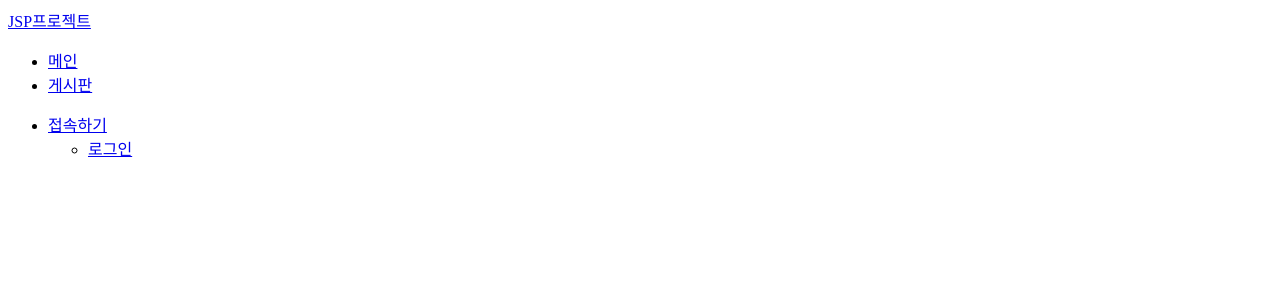
Repository: KimJeongSeok98/ComputerDepartmentPage-JSP
Page: http://localhost/JSP/join.jsp
The author's editor kept a copy of each file at every save. The page is drawn from the files as they stood at one save, then again after the next save.
The browser window is 1280 px wide. The pictures show the whole page.
The page is served by Tomcat 9. Other server files are loaded and not shown.

Above is the page before, as saved 2022-06-02 13:22:41.

### JSP/src/main/webapp/join.jsp
<%@ page language="java" contentType="text/html; charset=UTF-8"
    pageEncoding="UTF-8"%>
<!DOCTYPE html>
<html>
<head>
<meta charset="UTF-8">
<title>메인페이지</title>
</head>
<body>
<div>
<a href="main.jsp">JSP프로젝트</a> <!--좌측 상단 메인페이지 연결-->
</div>
<div>
	<ul>
		<li>
		<a href="main.jsp">메인</a> <!--좌측 상단 메인페이지 연결-->
		</li>
		<li>
		<a href="bbs.jsp">게시판</a> <!--좌측 상단 메인페이지 연결-->
		</li>
	</ul>

	<ul>
		<li>
			<a href="#" role="buton">접속하기</a> <!--로그인 연결 버튼-->
			<ul>
				<li>
				<a href="login.jsp">로그인</a>
				</li>
			</ul>
		</li>
	</ul>

</div>
</body>
</html>

After the next save:
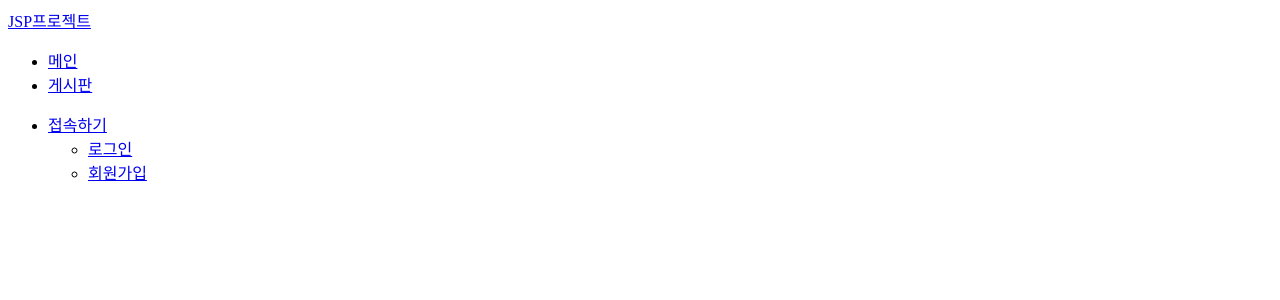
Saved 32 s later.
--- a/JSP/src/main/webapp/join.jsp
+++ b/JSP/src/main/webapp/join.jsp
@@ -27,6 +27,9 @@
 				<li>
 				<a href="login.jsp">로그인</a>
 				</li>
+				<li>
+				<a href="join.jsp">회원가입</a>
+				</li>
 			</ul>
 		</li>
 	</ul>
